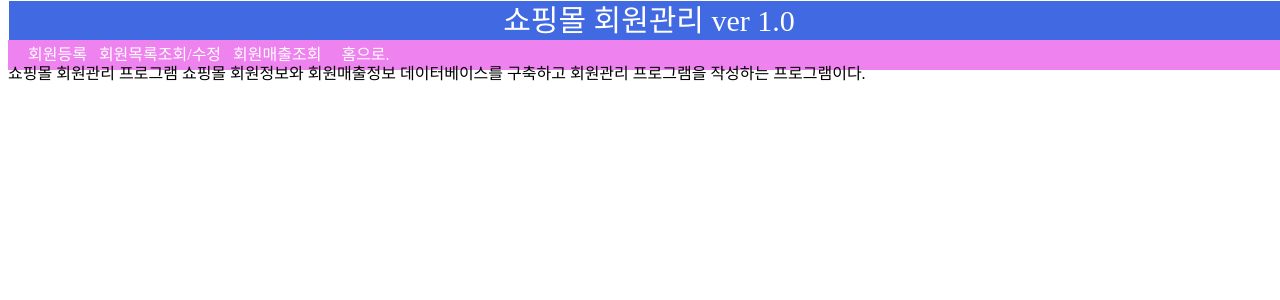
Repository: GotChun/license_practice
Page: http://localhost/HRD_8155/
The author's editor kept a copy of each file at every save. The page is drawn from the files as they stood at one save, then again after the next save.
The browser window is 1280 px wide. The pictures show the whole page.
The page is served by Tomcat 9. Other server files are loaded and not shown.

Above is the page before, as saved 2025-02-18 14:21:16.

### HRD_8155/src/main/webapp/index.jsp
<%@ page language="java" contentType="text/html; charset=UTF-8"
    pageEncoding="UTF-8"%>
<!DOCTYPE html>
<html>
<head>
<meta charset="UTF-8">
<title>index</title>
</head>
<body>
	<header style=" position: fixed; top:0px; width: 100%; height:40px;
	 border:1px solid; background-color:royalblue; text-align: center; line-height:40px; font-size:30px; color:white;">쇼핑몰 회원관리 ver 1.0	</header>

	 <nav style="position:fixed; top:40px; width:100%; height:30px; line-height:30px;
	 background-color:violet; color:white; padding-left:20px;">회원등록&nbsp;&nbsp;  회원목록조회/수정&nbsp;&nbsp;  회원매출조회&nbsp;&nbsp;&nbsp;&nbsp;  홈으로. </nav>

	 <section style="position:fixed; top:60px; width:100%; height:100%;">
	 	쇼핑몰 회원관리 프로그램
	 	쇼핑몰 회원정보와 회원매출정보 데이터베이스를 구축하고 회원관리 프로그램을 작성하는 프로그램이다.<br>
	 </section>

</body>
</html>

After the next save:
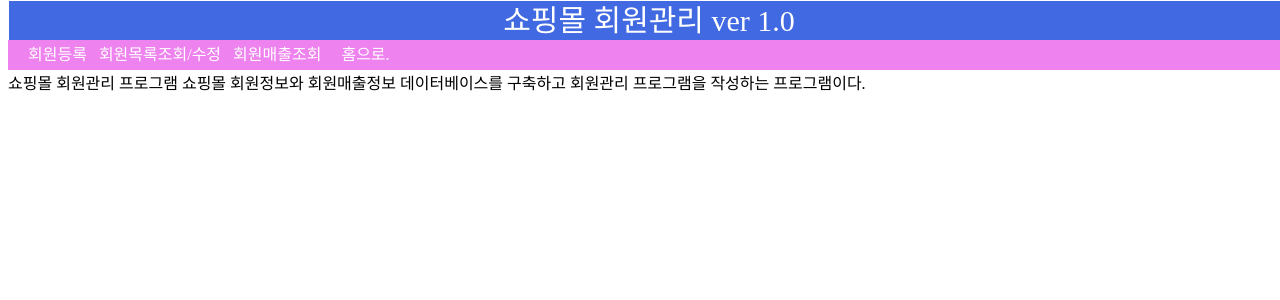
Saved 13 s later.
--- a/HRD_8155/src/main/webapp/index.jsp
+++ b/HRD_8155/src/main/webapp/index.jsp
@@ -13,7 +13,7 @@
 	 <nav style="position:fixed; top:40px; width:100%; height:30px; line-height:30px;
 	 background-color:violet; color:white; padding-left:20px;">회원등록&nbsp;&nbsp;  회원목록조회/수정&nbsp;&nbsp;  회원매출조회&nbsp;&nbsp;&nbsp;&nbsp;  홈으로. </nav>
 
-	 <section style="position:fixed; top:60px; width:100%; height:100%;">
+	 <section style="position:fixed; top:70px; width:100%; height:100%;">
 	 	쇼핑몰 회원관리 프로그램
 	 	쇼핑몰 회원정보와 회원매출정보 데이터베이스를 구축하고 회원관리 프로그램을 작성하는 프로그램이다.<br>
 	 </section>
